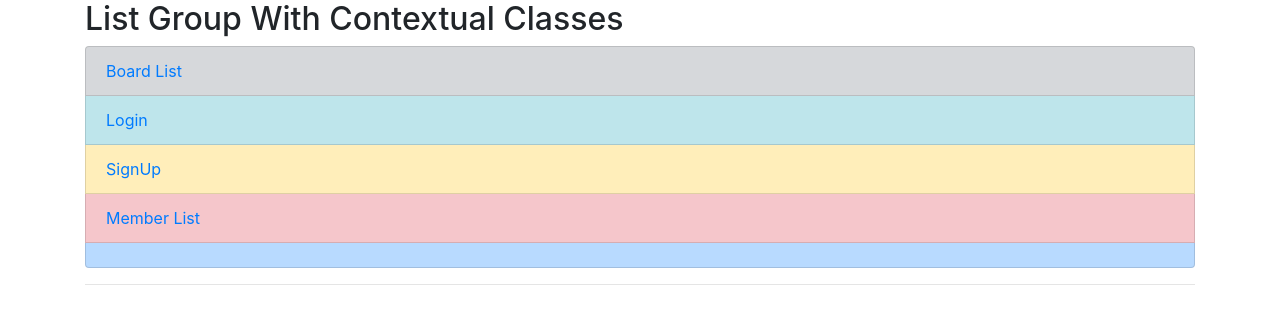
Repository: kurunai/jsp3
Page: http://localhost/jsp_project2/mem/login_auth
The author's editor kept a copy of each file at every save. The page is drawn from the files as they stood at one save, then again after the next save.
The browser window is 1280 px wide. The pictures show the whole page.
The page is served by Tomcat 9. Queries for data that is not in the repository find no rows.

Above is the page before, as saved 2022-08-29 08:09:56.

After the next save:
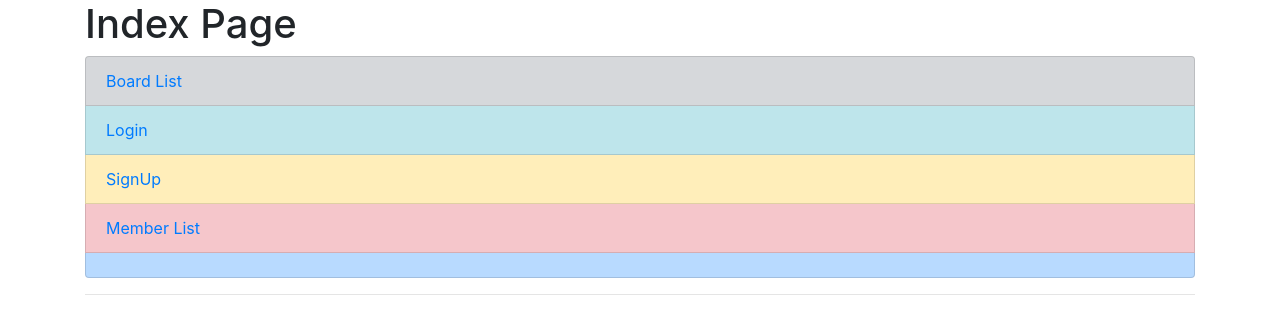
Saved 105 s later.
--- a/_jsp3_workspace/jsp_project2/src/main/webapp/index.jsp
+++ b/_jsp3_workspace/jsp_project2/src/main/webapp/index.jsp
@@ -15,7 +15,7 @@
 <body>
 
 <div class="container">
-  <h2>List Group With Contextual Classes</h2>
+  <h1>Index Page</h1>
   <ul class="list-group">
   	<c:if test="${ses.email ne '' && ses.email ne null }">
 			<li class="list-group-item list-group-item-success">
